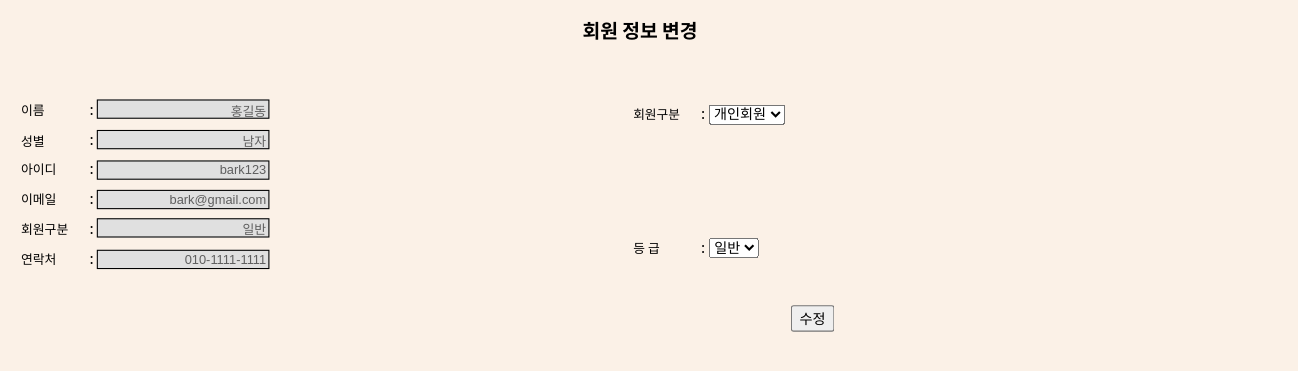
Repository: jngwk/Project-Bark
Page: http://localhost/Bark/include/memberInfo.jsp
These files come from the project's save history. The page is drawn as it stood at one moment and after the next save; the edit follows.
The browser window is 1280 px wide. The page is 1298 px wide, then 1280 px, so the pictures cover 1298 px, including what lies to the right of the window. The pictures show the whole page.
The page is served by Tomcat 9.

Above is the page before, as saved 2024-03-25 08:11:17.

After the next save:
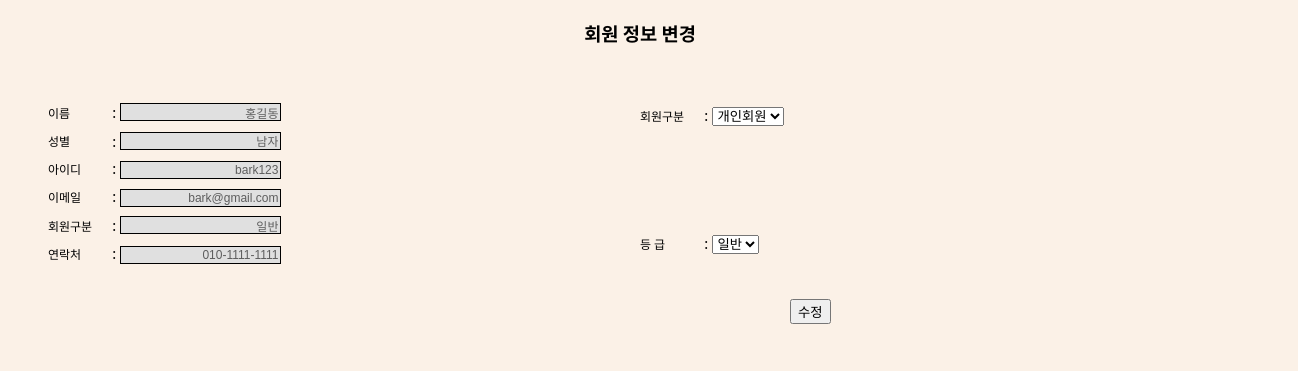
Saved 11 s later.
--- a/java_workspace/Bark/src/main/webapp/include/memberInfo.jsp
+++ b/java_workspace/Bark/src/main/webapp/include/memberInfo.jsp
@@ -9,9 +9,6 @@
 <link rel="preconnect" href="https://fonts.gstatic.com" crossorigin>
 <link href="https://fonts.googleapis.com/css2?family=Noto+Sans+KR:wght@100..900&display=swap" rel="stylesheet">
 <style>
-*{
-scale: 1.01;
-}
 /* 메인 */
 #info_header{
     position:relative;
